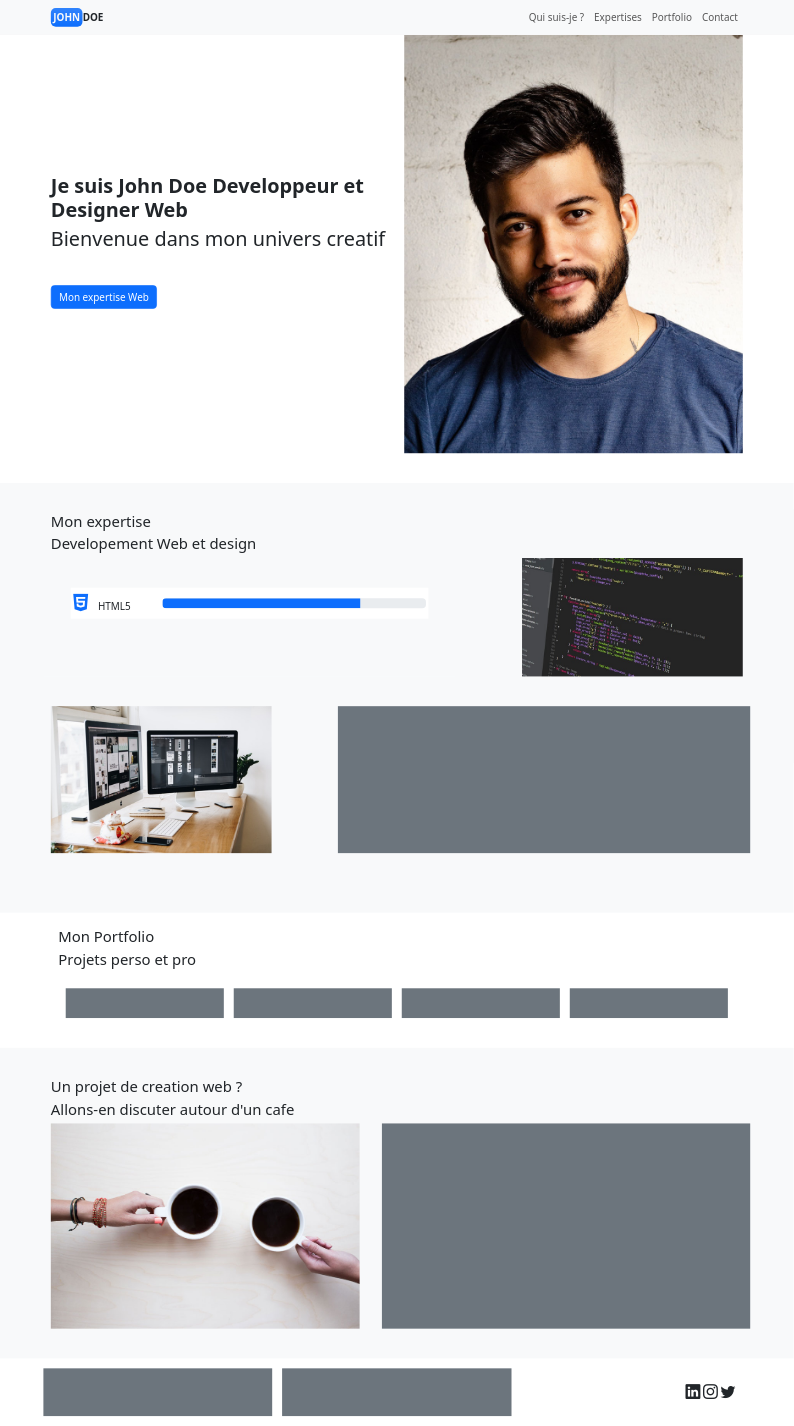
Repository: wadelfadill/Bootstrap_tache_1_portfolio
Page: index.html
These files come from the project's save history. The page is drawn as it stood at one moment and after the next save; the edit follows.
The browser window is 1280 px wide. The pictures show the whole page, at 62% of full size.
Some web libraries are served in a nearby version.

Above is the page before, as saved 2023-03-28 13:23:13.

After the next save:
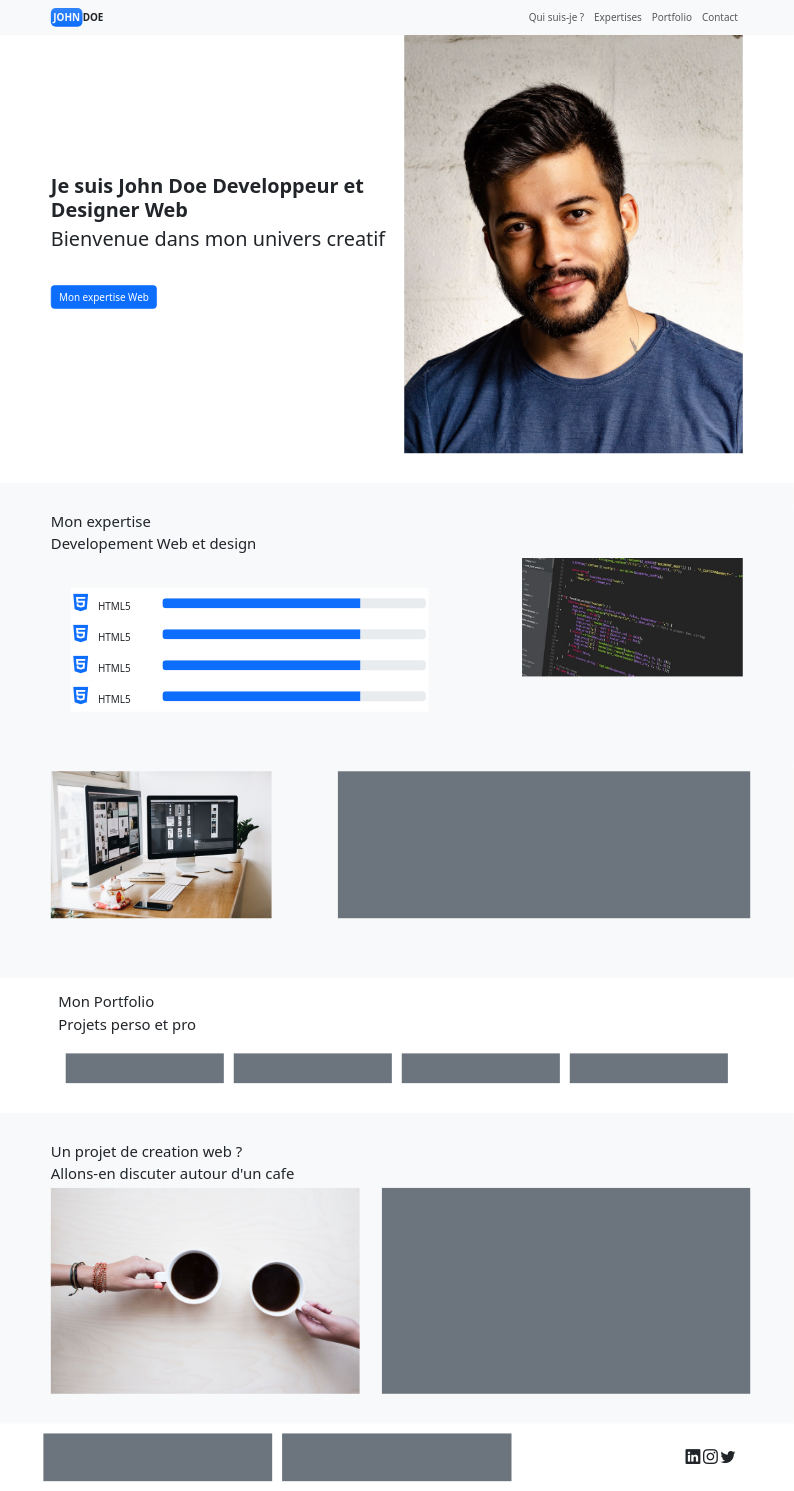
Saved 74 s later.
--- a/index.html
+++ b/index.html
@@ -64,6 +64,36 @@
                  <p class="h4 .fs-3 .fs-md-2">Developement Web et design</p>
                 <div class="row gy-4 gy-md-0">
                     <div class="col-12 col-md-7 bg-light p-5">
+                        <div class="row bg-body py-2 align-items-center gx-2 justify-content-between">
+                            <div class="col-3">
+                                <i class="fab fa-html5 fa-2x me-3 text-primary" aria-hidden="true"></i><span class="pb-5">HTML5</span>
+                            </div>
+                            <div class="col-9">
+                                <div class="progress">
+                                    <div class="progress-bar" role="progressbar" style="width: 75%" aria-valuenow="75" aria-valuemin="0" aria-valuemax="100"></div>
+                                </div>
+                            </div>
+                        </div>
+                        <div class="row bg-body py-2 align-items-center gx-2">
+                            <div class="col-3">
+                                <i class="fab fa-html5 fa-2x me-3 text-primary" aria-hidden="true"></i><span class="pb-5">HTML5</span>
+                            </div>
+                            <div class="col-9">
+                                <div class="progress">
+                                    <div class="progress-bar" role="progressbar" style="width: 75%" aria-valuenow="75" aria-valuemin="0" aria-valuemax="100"></div>
+                                </div>
+                            </div>
+                        </div>
+                        <div class="row bg-body py-2 align-items-center gx-2">
+                            <div class="col-3">
+                                <i class="fab fa-html5 fa-2x me-3 text-primary" aria-hidden="true"></i><span class="pb-5">HTML5</span>
+                            </div>
+                            <div class="col-9">
+                                <div class="progress">
+                                    <div class="progress-bar" role="progressbar" style="width: 75%" aria-valuenow="75" aria-valuemin="0" aria-valuemax="100"></div>
+                                </div>
+                            </div>
+                        </div>
                         <div class="row bg-body py-2 align-items-center gx-2">
                             <div class="col-3">
                                 <i class="fab fa-html5 fa-2x me-3 text-primary" aria-hidden="true"></i><span class="pb-5">HTML5</span>
